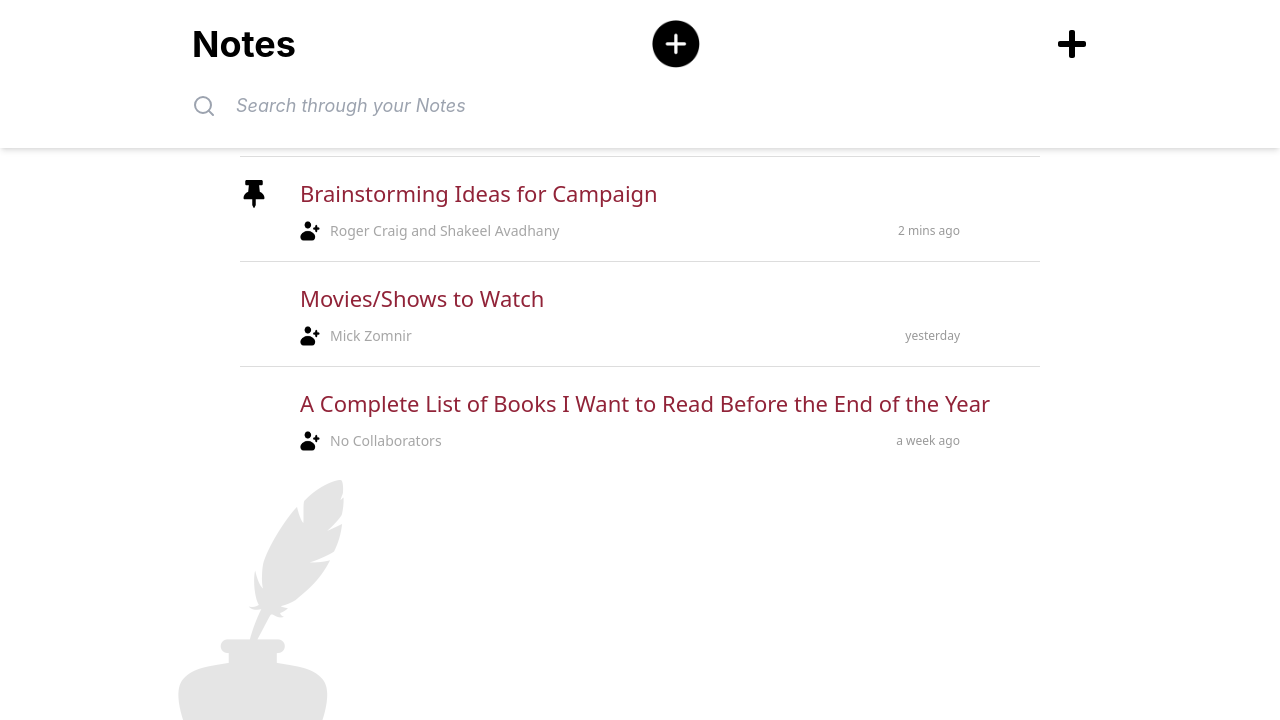
Repository: shabiasaeed/Notes-app
Page: /
An editor plug-in stored every save of this project. The page is shown before and after the next save, followed by the edit.
The browser window is 1280 px wide. The pictures show the whole page.
The project was rebuilt for these pictures with package versions that can differ from the ones it lists, and the page was loaded fresh each time. Also part of the build but not shown: src/components/Header.css, src/App.css.

Above is the page before, as saved 2025-01-01 18:20:59.

After the next save:
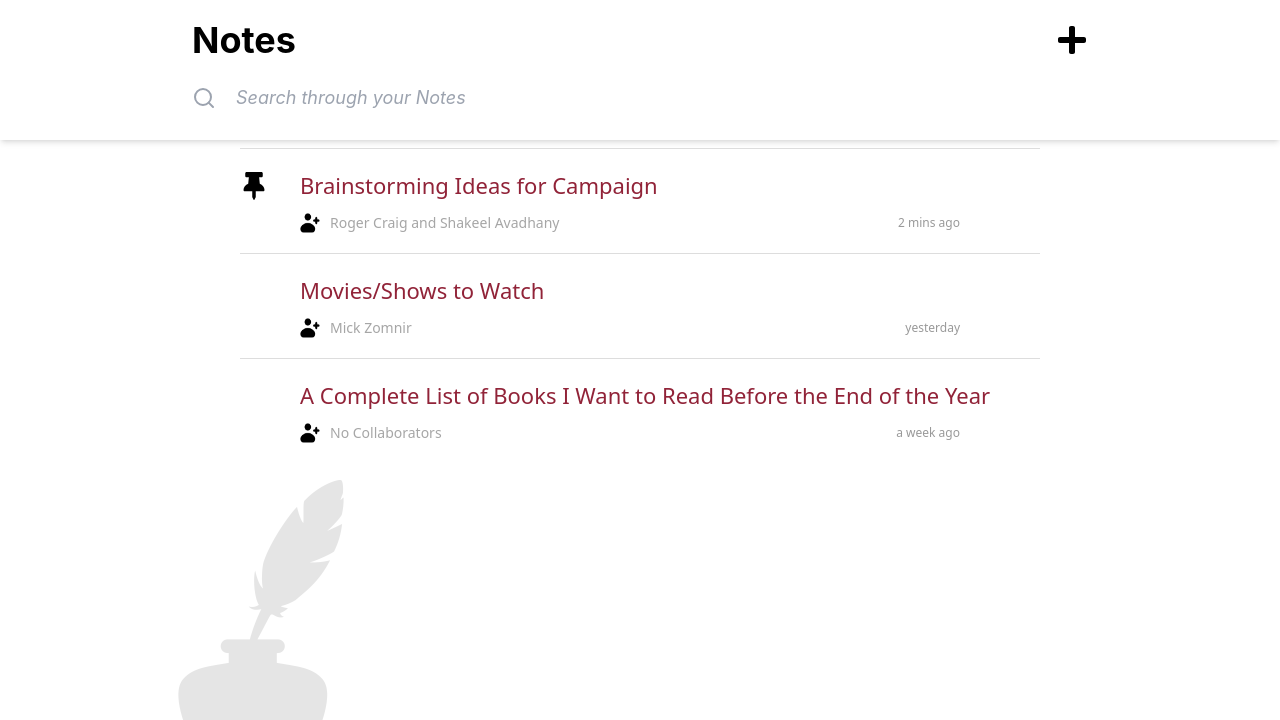
Saved 10 s later.
--- a/src/components/Header.js
+++ b/src/components/Header.js
@@ -11,9 +11,6 @@ const Header = ({ setSearchNotes }) => {
     <header className="p-5 bg-white flex flex-col items-center shadow-md">
       <div className="flex items-center justify-between w-full max-w-4xl">
         <h1 className="text-4xl font-bold text-black">Notes</h1>
-        <button className="bg-transparent border-none cursor-pointer">
-          <img src={addButton} alt="Add" className="w-12 h-12"/>
-        </button>
         <FaPlus className="w-8 h-8 cursor-pointer"/>
       </div>
       <div className="flex items-center w-full max-w-4xl mt-4">
